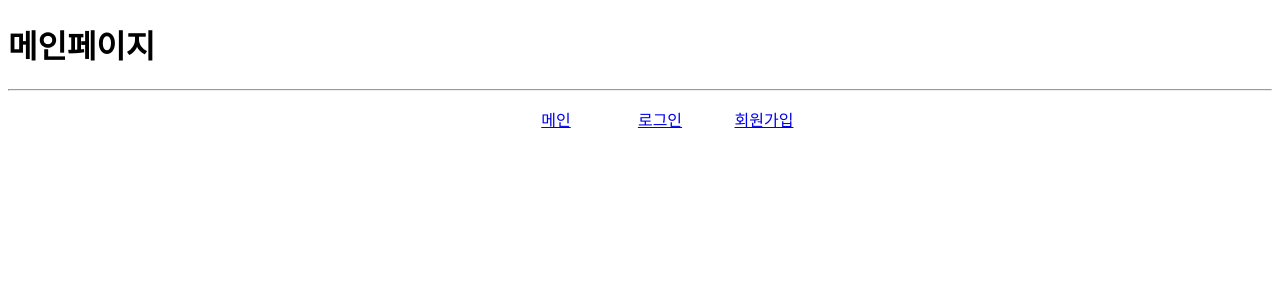
Repository: design-view/jsp-work
Page: http://localhost/cos/main.jsp
These files come from the project's save history. The page is drawn as it stood at one moment and after the next save; the edit follows.
The browser window is 1280 px wide. The pictures show the whole page.
The page is served by Tomcat 9.

Above is the page before, as saved 2020-08-22 06:23:48.

After the next save:
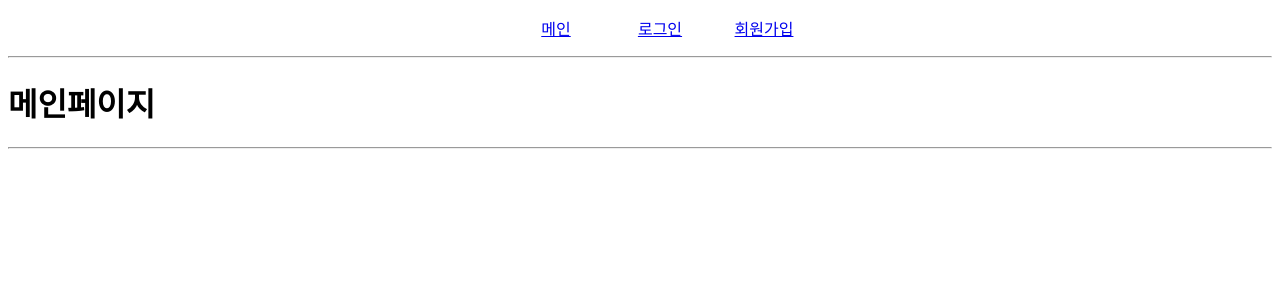
Saved 58 s later.
--- a/cos/WebContent/main.jsp
+++ b/cos/WebContent/main.jsp
@@ -1,33 +1,9 @@
 <%@ page language="java" contentType="text/html; charset=UTF-8"
     pageEncoding="UTF-8"%>
-<%
-if(session.getAttribute("auth") != null){
-	if((boolean)session.getAttribute("auth") == true){
-		System.out.println("인증된 사용자입니다.");
-	}
-}
-
-%>
-<!DOCTYPE html>
-<html>
-<head>
-<meta charset="UTF-8">
-<title>메인페이지</title>
-<style>
-	ul {
-		text-align: center;
-	}
-	li { display: inline-block; width: 100px;  }
-</style>
-</head>
-<body>
+<%@ include file="layout/header.jsp" %>
 	<h1>메인페이지</h1>
 	<hr/>
-	<ul>
-		<li><a href="main.jsp">메인</a></li>
-		<li><a href="login.jsp">로그인</a></li>
-		<li><a href="join.jsp">회원가입</a></li>
-	</ul>
+
 
 </body>
 </html>
